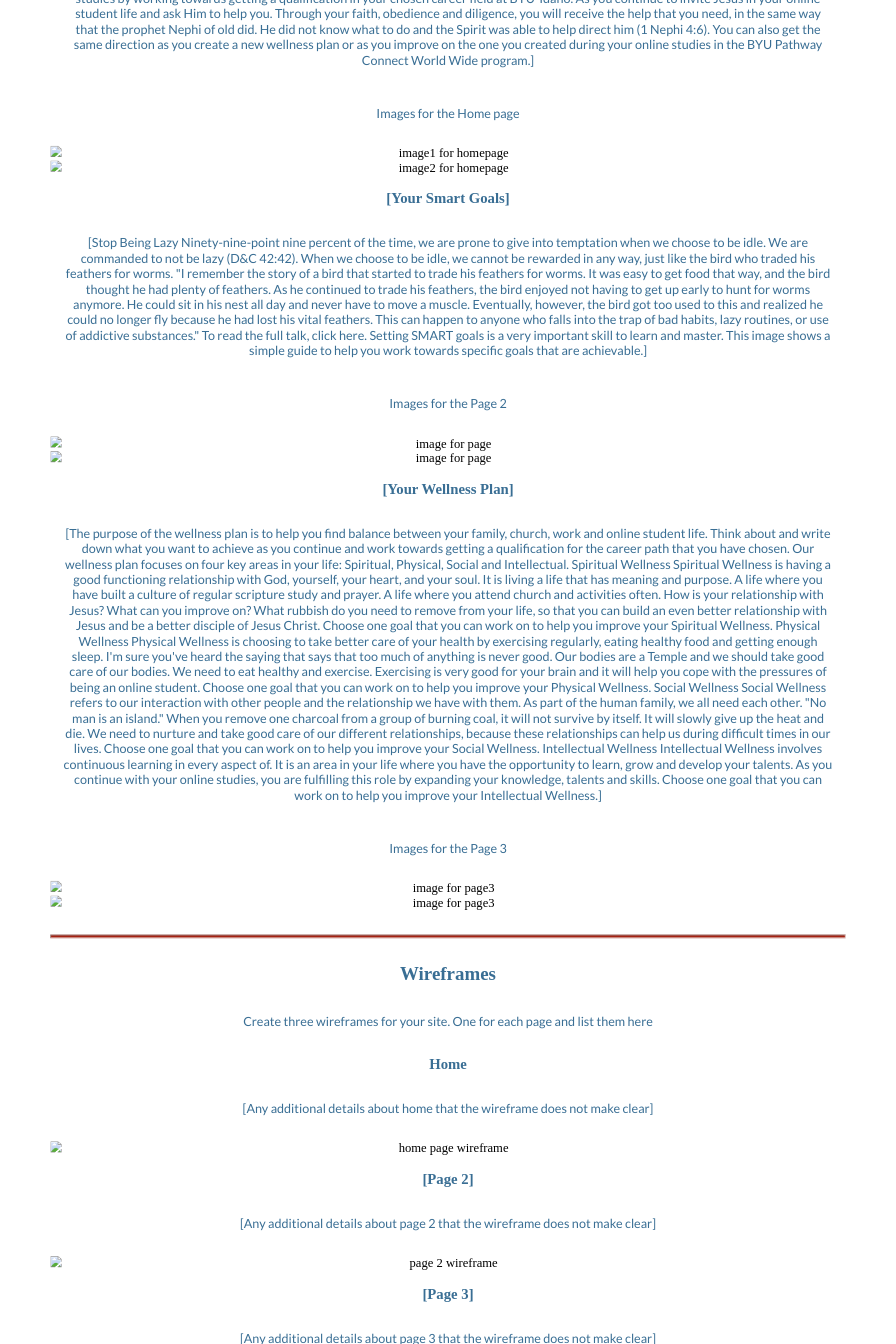
Repository: mszakutumela/wdd130
Page: wellness_plan/personal-site-plan.html
An editor plug-in stored every save of this project. The page is shown before and after a run of saves, followed by the edit.
The browser window is 1280 px wide. The pictures show the part of the page from y = 2936 to 4856 px (the page is 4987 px tall before and 5008 px after), at 70% of full size.
Some web fonts or font styles are not loaded; a fallback is used.

Above is the page before, as saved 2023-07-14 23:22:27.

### wellness_plan/personal-site-plan.html

<!DOCTYPE html>
<html lang="en-us">

  <head>
    <meta charset="utf-8">
    <title>Site Plan</title>
    <link type="text/css" rel="stylesheet" href="styles/site-plan.css">
  </head>

  <body>
    <header>
      <h1>[Wellness Plan] Site Plan</h1>
      <h2>Ayanda Ndlovu</h2>
      <h2>WDD 130-[W07-W08]</h2>
      <!-- In the header above, add the name or your site, your name and class number. For example if you are in section 3 you would put WDD 130.03 -->
    </header>
    <main>

      <!-- ------------------------Steps 2-3------------------------------ -->
      <hr>
      <h2>Overview</h2>
      <h3>Purpose</h3>
      <p>[The purpose of this website is to educate BYU Pathway World Wide online students around the world about a "Wellness Plan". For them <br>
        to know what it is and how it can help them. We know that furthering one's studies is not easy and it can <br>
        be very challenging. We are here help you create your own Wellness Plan for your academic and career success.]</p>  <!-- change this -->


      <h3>Audience</h3>
      <p>[BYU Pathway World Wide online students around the world who are studying to get a qualification for their chosen career path.]</p>  <!-- change this -->

      <hr>
      <h2>Branding</h2>
      <h3>Website Logo</h3>
      <!-- Replace this with some sort of logo for your site.  A logo can be as simple as the name of your site in a nice font :) -->
      <img src="images/logo 1.png" alt="Logo image">
      <hr>
      <h2>
        Style Guide
      </h2>

      <!-- ------------------------Steps 4-8------------------------------ -->

      <h3>
        Color Palette
      </h3>
      <!--  The colors you choose for a website are one of the most important decisions you will make. Follow the instructions on the activity in iLearn then return and replace the color codes below with the hex color codes (the 6 digit numbers that show at the bottom of each color) for the colors you have chosen below.  You should have at least 2 colors but do not have to fill in all 4 if you do not need them.  -->

      <!-- Copy and paste the URL to your finished palette below Make sure to paste it into both spots -->
      Palette URL: <a href="https://coolors.co/396e94-e7c24f-a43312-381d2a-aabd8c" target="_blank">https://coolors.co/396e94-e7c24f-a43312-381d2a-aabd8c</a>


      <table class="colors">
        <tr><th>Primary</th><th>Secondary</th><th>Accent 1</th><th>Accent 2</th></tr>
        <!-- Replace the numbers in the boxes below with your hex color codes. Then switch to the site-plan.css file and change your colors there as well. -->
        <tr><td class="primary">[#327570]</td><td class="secondary">[#b4f7f1]</td><td class="accent1">[#69f5ea]</td><td class="accent2">[#53c2b0]</td></tr>
      </table>

      <!-- ------------------------Step 9------------------------------ -->

      <h3>
        Typography
      </h3>
      <!-- Choose a font for your paragraphs (body copy) and headlines. What font(s) have you chosen? Why did you choose what you did?  Make sure to review the list of web safe fonts at W3Schools.org as a starting point.  Think also about which of your colors above you might use for background and font colors. -->

      <h4>
        Heading Font: [Arial]  <!-- change this -->
      </h4>
      <h4>
        Paragraph Font: [Tahoma]  <!-- change this -->
      </h4>
      <h3>
        Normal paragraph example
      </h3>
      <p>
        Lorem ipsum dolor sit amet, consectetur adipiscing elit, sed do eiusmod tempor incididunt ut labore et dolore magna aliqua. Ut enim ad minim veniam, quis nostrud exercitation ullamco laboris nisi ut aliquip ex ea commodo consequat. Duis aute irure dolor in reprehenderit in voluptate velit esse cillum dolore eu fugiat nulla pariatur. Excepteur sint occaecat cupidatat non proident, sunt in culpa qui officia deserunt mollit anim id est laborum.
      </p>
      <h3>
        Colored paragraph example
      </h3>
      <p class="colored">
        Lorem ipsum dolor sit amet, consectetur adipiscing elit, sed do eiusmod tempor incididunt ut labore et dolore magna aliqua. Ut enim ad minim veniam, quis nostrud exercitation ullamco laboris nisi ut aliquip ex ea commodo consequat.
      </p>

      <!-- ------------------------Step 10------------------------------ -->

      <h3>
        Navigation
      </h3>
      <!-- Think about how you want your navigation bar to look. In the site-plan.css file change the colors to your colors to get the look you desire. -->
      <nav>
        <a href="#">Home</a>
        <a href="#">Your Smart Goals </a>
        <a href="#">Your Wellness Plan</a>
      </nav>
      <hr>
      <h2>
        Site Map
      </h2>
      <div class="sitemap">
        <div class="sm-home">
          Home
        </div>
        <div class="sm-page2">
          [Your Smart Goals] <!-- change this -->
        </div>
        <div class="sm-page3">
          [Your Wellness Plan]  <!-- change this -->
        </div>

        <div class="top">
          &nbsp;
        </div>
        <div class="left">
          &nbsp;
        </div>
        <div class="right">
          &nbsp;
        </div>

      </div>

      <!-- --------Content Section -------------- -->
      <hr>
      <h2>
        Content
      </h2>
      <h3>Home page</h3>
      <p>
        [Welcome to our website. We hope that you will enjoy your visit with us.
        Depending on your needs, we hope that we can assist you in improving and
        in helping you to coordinate your health and wellness in a productive way
        so that you are able to successfully reach your academic and career goals.
        You have the power and control over your health and wellness. We believe
        that as a child God, you have the potential with the Lord's help to become
        so much more than what you envision for yourself and life.
        You have probably reached our website because you have successfully completed
        the BYU Pathway Connect World Wide online program. You are now ready to continue
        your online studies by working towards getting a qualification in your chosen career
        field at BYU-Idaho.
        As you continue to invite Jesus in your online student life and ask Him to help you.
        Through your faith, obedience and diligence, you will receive the help that you need,
        in the same way that the prophet Nephi of old did. He did not know what to do and the
        Spirit was able to help direct him (1 Nephi 4:6). You can also get the same direction
        as you create a new wellness plan or as you improve on the one you created during your
        online studies in the BYU Pathway Connect World Wide program.]
      </p>
      <p>Images for the Home page</p>
        <img src="#" alt="image1 for homepage">
        <img src="#" alt="image2 for homepage">

      </ul>
      <h3>[Your Smart Goals]</h3>
      <p>
        [Stop Being Lazy
        Ninety-nine-point nine percent of the time, we are prone to give into temptation when we choose
        to be idle. We are commanded to not be lazy (D&C 42:42). When we choose to be idle, we cannot be
        rewarded in any way, just like the bird who traded his feathers for worms.
        "I remember the story of a bird that started to trade his feathers for worms. It was easy to get
        food that way, and the bird thought he had plenty of feathers. As he continued to trade his feathers,
        the bird enjoyed not having to get up early to hunt for worms anymore. He could sit in his nest all day
        and never have to move a muscle. Eventually, however, the bird got too used to this and realized he could
        no longer fly because he had lost his vital feathers. This can happen to anyone who falls into the trap of
        bad habits, lazy routines, or use of addictive substances."
        To read the full talk, click here.
        Setting SMART goals is a very important skill to learn and master. This image shows a simple guide to help
        you work towards specific goals that are achievable.]
      </p>
      <p>Images for the Page 2</p>
        <img src="#" alt="image for page">
        <img src="#" alt="image for page">

      </ul>
      <h3>[Your Wellness Plan]</h3>
      <p>
        [The purpose of the wellness plan is to help you find balance between your family, church, work and
        online student life. Think about and write down what you want to achieve as you continue and work towards
        getting a qualification for the career path that you have chosen. Our wellness plan focuses on four key
        areas in your life: Spiritual, Physical, Social and Intellectual.

        Spiritual Wellness
        Spiritual Wellness is having a good functioning relationship with God, yourself, your heart, and your soul.
        It is living a life that has meaning and purpose. A life where you have built a culture of regular scripture
        study and prayer. A life where you attend church and activities often. How is your relationship with Jesus?
        What can you improve on? What rubbish do you need to remove from your life, so that you can build an even better
        relationship with Jesus and be a better disciple of Jesus Christ. Choose one goal that you can work on to help you
        improve your Spiritual Wellness.

        Physical Wellness
        Physical Wellness is choosing to take better care of your health by exercising regularly, eating healthy food and
        getting enough sleep. I'm sure you've heard the saying that says that too much of anything is never good. Our bodies
        are a Temple and we should take good care of our bodies. We need to eat healthy and exercise. Exercising is very good
        for your brain and it will help you cope with the pressures of being an online student. Choose one goal that you can
        work on to help you improve your Physical Wellness.

        Social Wellness
        Social Wellness refers to our interaction with other people and the relationship we have with them. As part of the human
        family, we all need each other. "No man is an island." When you remove one charcoal from a group of burning coal, it will
        not survive by itself. It will slowly give up the heat and die. We need to nurture and take good care of our different
        relationships, because these relationships can help us during difficult times in our lives. Choose one goal that you can
        work on to help you improve your Social Wellness.

        Intellectual Wellness
        Intellectual Wellness involves continuous learning in every aspect of. It is an area in your life where you have the opportunity
        to learn, grow and develop your talents. As you continue with your online studies, you are fulfilling this role by expanding your
        knowledge, talents and skills. Choose one goal that you can work on to help you improve your Intellectual Wellness.]
      </p>
      <p>Images for the Page 3</p>
        <img src="#" alt="image for page3">
        <img src="#" alt="image for page3">

      </ul>
      <hr>
      <h2>
        Wireframes
      </h2>
      <p>
        Create three wireframes for your site. One for each page and list them here</p>

      <h3>Home</h3>
      <p>
        [Any additional details about home that the wireframe does not make clear]
      </p>
      <img src="#" alt="home page wireframe">

      <h3>[Page 2]</h3>
      <p>
        [Any additional details about page 2 that the wireframe does not make clear]
      </p>
      <img src="#" alt="page 2 wireframe">

      <h3>[Page 3]</h3>
      <p>
        [Any additional details about page 3 that the wireframe does not make clear]
      </p>
      <img src="#" alt="page 3 wireframe">
    </main>
  </body>

</html>

### wellness_plan/styles/site-plan.css
/* if you are using any Google fonts change the font names below to your fonts.
Any spaces in your font name should be replaced with a +.
Fonts are separated by a | */
@import url('https://fonts.googleapis.com/css?family=IM+Fell+French+Canon+SC|Lato');

:root {
  /* change the values below to your colors from your palette */
  --primary-color: #396E94   ;
  --secondary-color: #E7C24F ;
  --accent1-color: #A42212;
  --accent2-color: white;

  /* change the values below to your chosen font(s) */
  --heading-font: "IM Fell French Canon SC";
  --paragraph-font: Lato, Helvetica, sans-serif;

  /* these colors below should be chosen from among your palette colors above */
  --headline-color-on-white: #396E94;  /* headlines on a white background */
  --headline-color-on-color: white; /* headlines on a colored background */
  --paragraph-color-on-white: #396E94; /* paragraph text on a white background */
  --paragraph-color-on-color: white; /* paragraph text on a colored background */
  --paragraph-background-color: #396E94  ;
  --nav-link-color: #396E94;
  --nav-background-color: #D4AC0D;
  --nav-hover-link-color: white;
  --nav-hover-background-color: #396E94;
}


/*  Look around below...but DON'T CHANGE ANYTHING! */

body {
  max-width: 1200px;
  margin: 0 auto;
  padding: 4em;
  font-size: 18px;
  text-align: center;
}
img {
  display: block;
  margin: 0 auto;
}
h1, h2, h3, h4, h5, h6 {
  font-family: var(--heading-font);
  color: var(--headline-color-on-white);
}
h2 {
  text-align: center;
}
hr {
  height: 3px;
  margin: 35px 0;
  background: var(--accent1-color);
}
header {
  padding: 1em;
  text-align: center;
  color: var(--headline-color-on-color);
  background-color: var(--paragraph-background-color);
}
header > h1, header > h2 {
  color: var(--headline-color-on-color);
}

p {
  font-family: var(--paragraph-font);
  color: var(--paragraph-color-on-white);
  padding: 1em;
}
.colors {
  width: 100%;
  min-width: 350px;
  margin: 30px auto;
  text-align: center;
}
.colors th {
  background-color: #999;
}
.colors td{
  width: 25%;
  height: 3em;
}

.primary {
  background-color: #327570;
}
.secondary {
  background-color: #b4f7f1;
}
.accent1 {
  background-color: #69f5ea;
}
.accent2{
  background-color: var(#53c2b9);
}

p.colored {
  background-color: var(--paragraph-background-color);
  color: var(--paragraph-color-on-color);
}

nav {
  background-color: var(--nav-background-color);
  line-height: 3em;
  text-align: center;
  font-size: 1.2em;
}
nav  {
  list-style-type: none;
  display: flex;

}
nav a {
  padding:1em;
  min-width: 120px;
  text-decoration: none;
  padding: 10px;

}
nav a:link, nav a:visited {
  color: var(--nav-link-color);
}
nav a:hover {
  color: var(--nav-hover-link-color);
  background-color: var(--nav-hover-background-color);
}

.sitemap {
  display: grid;
  justify-content: center;

  grid-template-columns: repeat(6, 15%);
  grid-template-rows: 3em 1.5em 1.5em 3em;
  grid-template-areas: ". . home home . ."
    ". . . top . ."
    ". left left right right ."
    "page2 page2 . . page3 page3";
}
.sitemap > div {

  text-align: center;

}
.sm-home {
  grid-area: home;
  background-color: #ccc;
  line-height: 3em;
}
.sm-page2 {
  grid-area: page2;
  background-color: #ccc;
  line-height: 3em;
}
.sm-page3 {
  grid-area: page3;
  background-color: #ccc;
  line-height: 3em;
}

.top {
  grid-area: top;
  border-left: 1px solid;
}

.left {
  grid-area: left;
  border-top: 1px solid;
  border-left: 1px solid;
}

.right {
  grid-area: right;
  border-top: 1px solid;
  border-right: 1px solid;
}

After the next 2 saves:
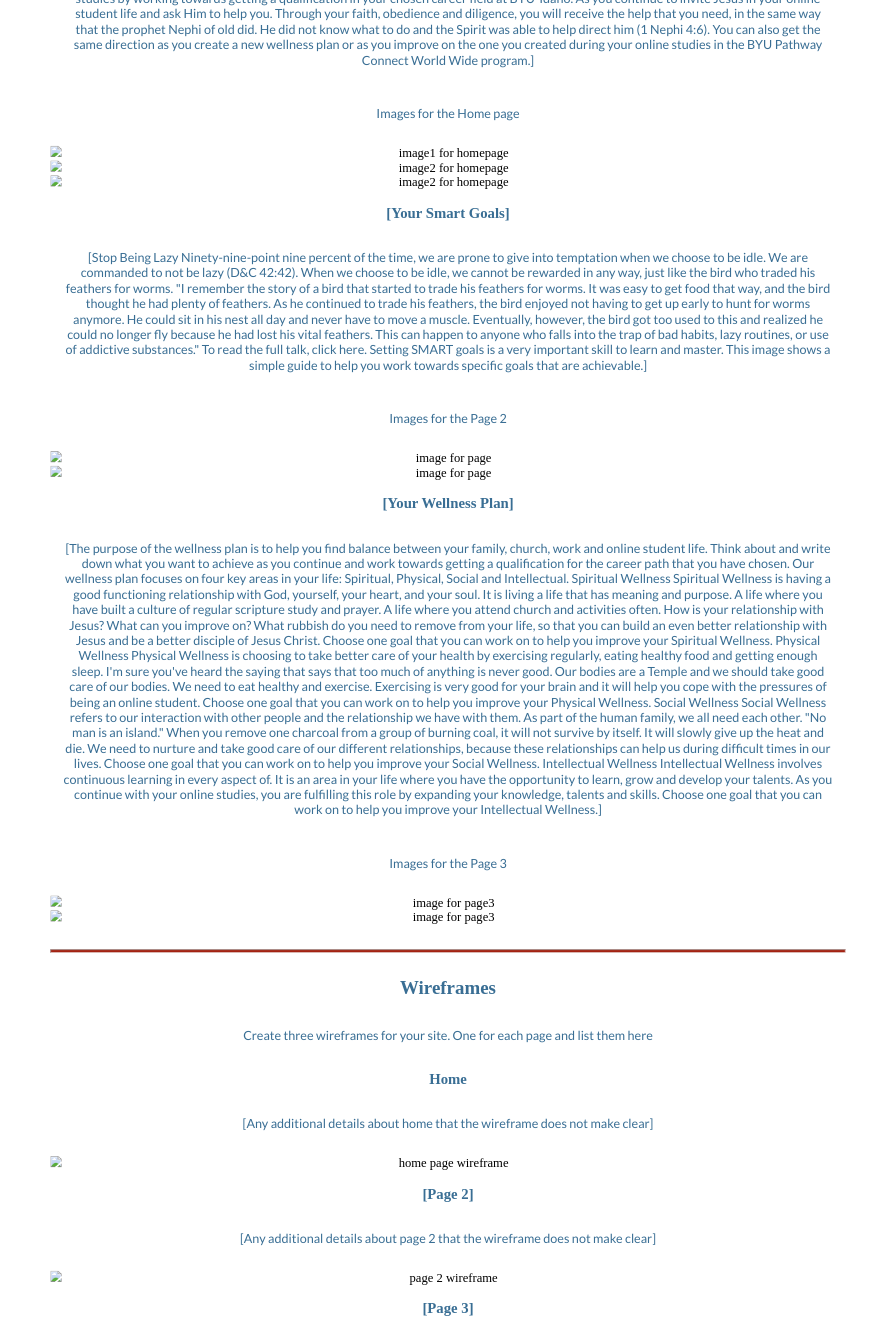
The 2 saves are shown as one change because they came seconds apart.
The last was saved 12 s later.
--- a/wellness_plan/personal-site-plan.html
+++ b/wellness_plan/personal-site-plan.html
@@ -148,6 +148,7 @@
       <p>Images for the Home page</p>
         <img src="#" alt="image1 for homepage">
         <img src="#" alt="image2 for homepage">
+        <img src="#" alt="image2 for homepage">
 
       </ul>
       <h3>[Your Smart Goals]</h3>
